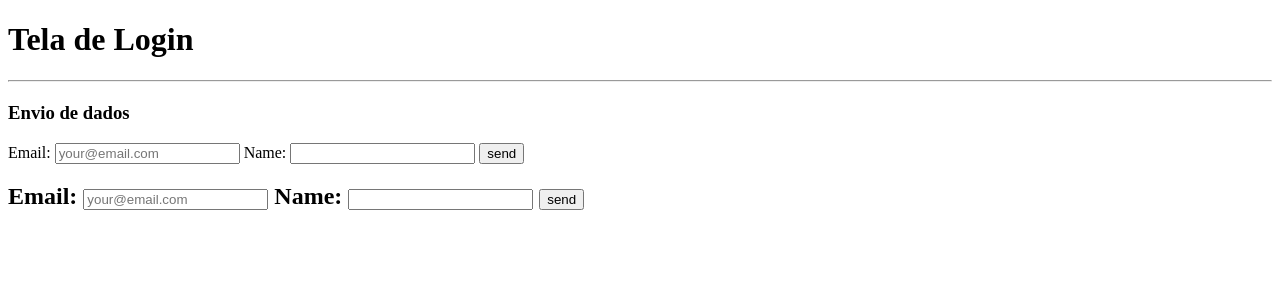
Repository: MarcioFreitasUFSC21/FrontEnd-part-1
Page: index.html
These files come from the project's save history. The page is drawn as it stood at one moment and after the next save; the edit follows.
The browser window is 1280 px wide. The pictures show the whole page.

Above is the page before, as saved 2023-04-22 19:21:24.

### index.html
<!DOCTYPE html>
<html lang="pt-br>
<head>
    <meta charset="UTF-8">
    <meta http-equiv="X-UA-Compatible" content="IE=edge">
    <meta name="viewport" content="width=device-width, initial-scale=1.0">
    <title>Controle Gastos</title>
</head>
<body>
    <h1> Tela de Login </h1>
    <hr>
    <form>
        <div>
            <h2>
                <h3> Envio de dados</h3>
                <label type = "email"> Email: </label> <input type = "email" placeholder="your@email.com" ></input>
                <label type = "text"> Name: </label> <input type = "text" ></input>
                <button type = "submit" action = "save"> send</button>
            </h2>
        </div>
        <div>
            <h2>
                <label type = "email"> Email: </label> <input type = "email" placeholder="your@email.com" ></input>
                <label type = "text"> Name: </label> <input type = "text" ></input>
                <button type = "submit" action = "save"> send</button>
            </h2>
        </div>
    </form>
</body>
</html>

After the next save:
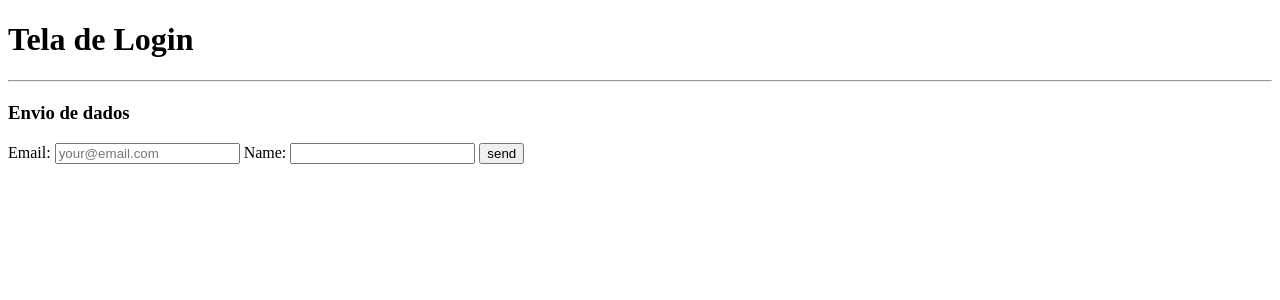
Saved 25 s later.
--- a/index.html
+++ b/index.html
@@ -18,13 +18,7 @@
                 <button type = "submit" action = "save"> send</button>
             </h2>
         </div>
-        <div>
-            <h2>
-                <label type = "email"> Email: </label> <input type = "email" placeholder="your@email.com" ></input>
-                <label type = "text"> Name: </label> <input type = "text" ></input>
-                <button type = "submit" action = "save"> send</button>
-            </h2>
-        </div>
+
     </form>
 </body>
 </html>
